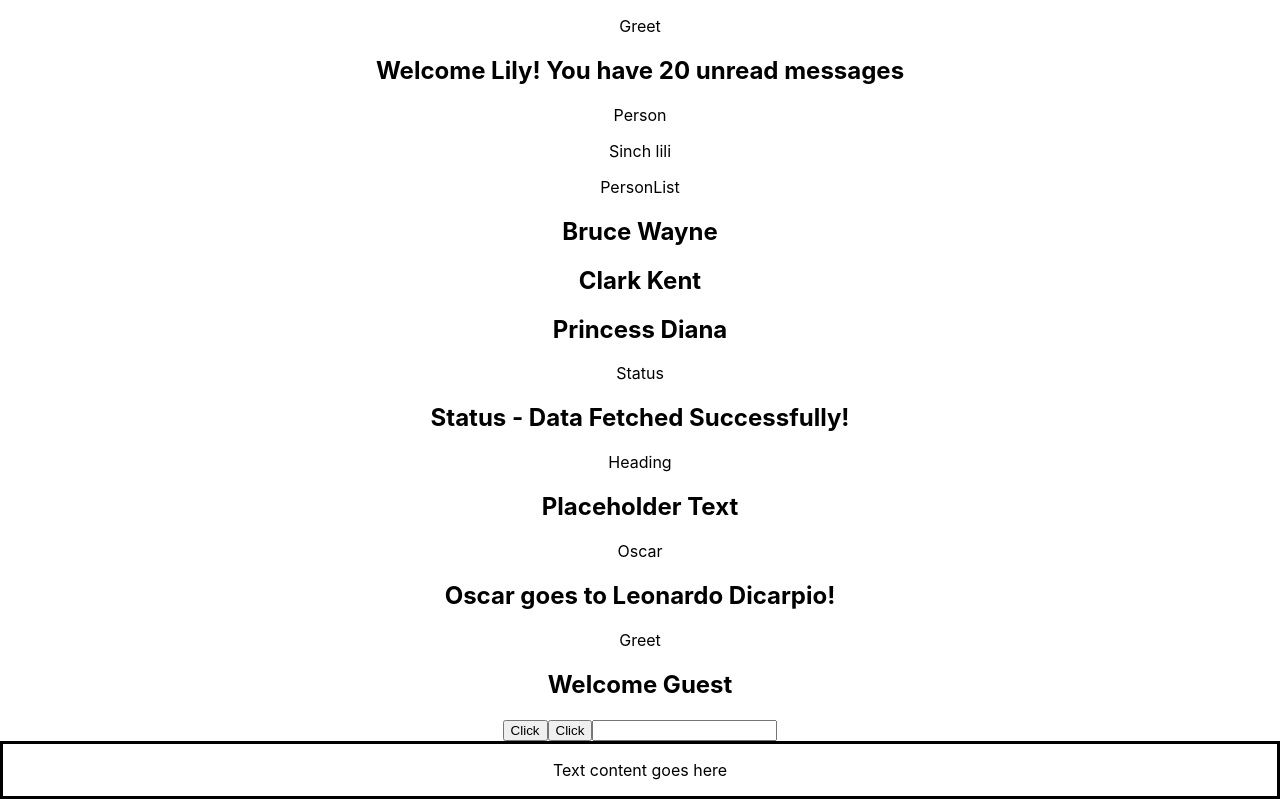
Repository: sinchana-P/react-typescript-demo
Page: /
These files come from the project's save history. The page is drawn as it stood at one moment and after the next save; the edit follows.
The browser window is 1280 px wide. The pictures show the whole page.
The project was rebuilt for these pictures with package versions that can differ from the ones it lists, and the page was loaded fresh each time.

Above is the page before, as saved 2023-12-03 13:50:46.

### src/App.tsx
import { log } from 'console';
import './App.css';
import Button from './components/Button';
import { Greet } from './components/Greet';
import Heading from './components/Heading';
import Oscar from './components/Oscar';
import Person from './components/Person';
import PersonList from './components/PersonList';
import Status from './components/Status';
import { Input } from './components/Input';
import { Container } from './components/Container';

// Type Inference: hover on App Component: to see the return type of App Component.
function App() {

  const personName = {
    first: "Sinch",
    last: "lili"
  }

  const nameList = [
    {
      first: "Bruce",
      last: "Wayne"
    },
    {
      first: "Clark",
      last: "Kent"
    },
    {
      first: "Princess",
      last: "Diana"
    }
  ]

  return (
    <div className="App">
      <p>Greet</p>
      <Greet name="Lily" messageCount={20} isLoggedIn={ true } />

      <p>Person</p>
      <Person name={personName} />

      <p>PersonList</p>
      <PersonList names={nameList} />

      <p>Status</p>
      <Status status="success" />

      <p>Heading</p>
      <Heading>Placeholder Text</Heading>

      <p>Oscar</p>
      <Oscar>
        <Heading>Oscar goes to Leonardo Dicarpio!</Heading>
      </Oscar>

      <p>Greet</p>
      <Greet name="Lily" isLoggedIn={false} />

      {/* 6. Event Props */}
      <Button handleClick={() => {
        console.log('Button Clicked');
      }} />
      <Button handleClick={(event, id) => {
        console.log('Button Clicked', event, id);
      }} />
      <Input value='' handleChange={event => console.log(event)} />

      {/* 7. Style Props  */}
      <Container styles={{ border: '3px solid black', padding: '1rem' }} />


    </div>
  );
}

export default App;

### src/components/Button.tsx
import React from 'react'

type ButtonProps = {
  // handleClick: () => void
  handleClick: (event: React.MouseEvent<HTMLButtonElement>, id: number) => void
}

const Button = (props: ButtonProps) => {
  return (
    <button onClick={(event) => props.handleClick(event, 1)}>Click</button>
  )
}

export default Button

### src/components/Greet.tsx
import React from 'react'

type GreetProps = {
    name: string
    messageCount?: number   // to make it optional
    isLoggedIn: boolean
}

export const Greet = (props: GreetProps) => {
  const { messageCount = 0 } = props     // destructuring object & assigning a default value
  return (
    <h2>
      {
        props.isLoggedIn
          ? `Welcome ${props.name}! You have ${messageCount} unread messages`
          : `Welcome Guest`
      }

    </h2>
  )
}

// export default Greet


// 2 benefits
// 1. Autocompletion of properties suggestion
// 2. Type Safety

// Types vs Interfaces
// 1. use Types - for Application
// 2. use Interfaces - for Libraries

### src/components/Heading.tsx
import React from 'react'

type HeadingProps = {
    children: string
}

const Heading = (props: HeadingProps) => {
  return (
      <h2>{props.children}</h2>
  )
}

export default Heading

### src/components/Oscar.tsx
import React from 'react'

type OscarProps = {
    // children: string   --- wrong ---
    children: React.ReactNode
}

const Oscar = (props: OscarProps) => {
  return (
      <div>{ props.children }</div>
  )
}

export default Oscar

### src/components/Person.tsx
import React from 'react'

import { PersonProps } from './Person.types'

// type PersonProps = {
//     name: {
//         first: string
//         last: string
//     }
// }

const Person = (props: PersonProps) => {
    return (
        <div>{ props.name.first }  { props.name.last }</div>
  )
}

export default Person

### src/components/PersonList.tsx
import React from 'react'

type PersonListProps = {
    names: {
        first: string
        last: string
    }[]     // array of objects
}

const PersonList = (props: PersonListProps) => {
  return (
      <div>

          {
              props.names.map((name, index) => {
                  return (
                      <h2 key={index}>{name.first} { name.last }</h2>
                  )
              })
          }

          {/* <h2>Bruce Wayne</h2>
          <h2>Clark Kent</h2>
          <h2>Princess Diana</h2> */}
    </div>
  )
}

export default PersonList

### src/components/Status.tsx
import React from 'react'

type StatusProps = {
    // status: string
    status: 'loading' | 'success' | 'error'
}

const Status = (props: StatusProps) => {
    let message;
    if (props.status === 'loading') {
        message = 'Loading...'
    } else if (props.status === 'success') {
        message = 'Data Fetched Successfully!'
    } else if (props.status === 'error') {
        message = 'Error Fetching Data'
    }
  return (
    <div>
          <h2>Status - { message }</h2>
    </div>
  )
}

export default Status

### src/components/Input.tsx
import React from 'react'

type InputProps = {
    value: string
    handleChange: (event: React.ChangeEvent<HTMLInputElement>) => void
}

export const Input = ({ value, handleChange }: InputProps) => {

    const handleInputChange = (event: React.ChangeEvent<HTMLInputElement>) => {
        console.log(event);
    }

    return <input type='text' value={value} onChange={handleInputChange} />
}


// export const Input = (props: InputProps) => {

//     const handleInputChange = (event: React.ChangeEvent<HTMLInputElement>) => {
//         console.log(event);
//     }

//     return <input type='text' value={props.value} onChange={handleInputChange} />
// }

// export const Input = (props: InputProps) => {
//   return <input type='text' value={props.value} onChange={props.handleChange} />
// }



// Note:
// It doesn't matter if u pass the event as a prop or define it within the component,
// Typing Event Arguments remain the same.

// 1. onClick
// 2. onChange

### src/components/Container.tsx
// 7. Style Props

import React from 'react'

type ContainerProps = {
    styles: React.CSSProperties
}

export const Container = (props: ContainerProps) => {
  return (
        <div style={props.styles}>
          Text content goes here
        </div>
        // <div style={{ border: '1px solid black', padding: '1rem' }}>
        //   Text content goes here
        // </div>
  )
}

Loaded but not shown: public/index.html (common file); src/index.tsx (common file); src/index.css (common file); src/reportWebVitals.ts (common file); src/App.css (common file)

After the next save:
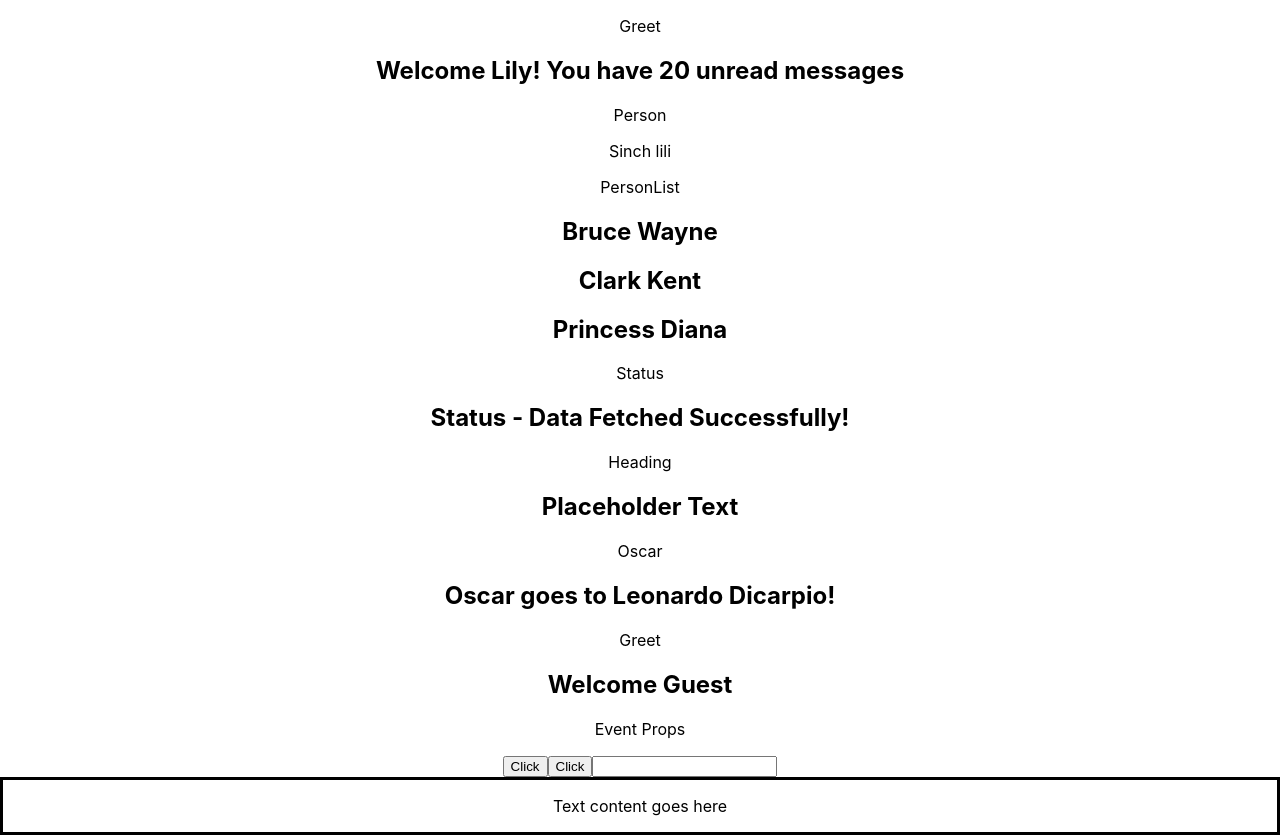
Saved 7 s later.
--- a/src/App.tsx
+++ b/src/App.tsx
@@ -59,6 +59,7 @@ function App() {
       <Greet name="Lily" isLoggedIn={false} />
 
       {/* 6. Event Props */}
+      <p>Event Props</p>
       <Button handleClick={() => {
         console.log('Button Clicked');
       }} />
